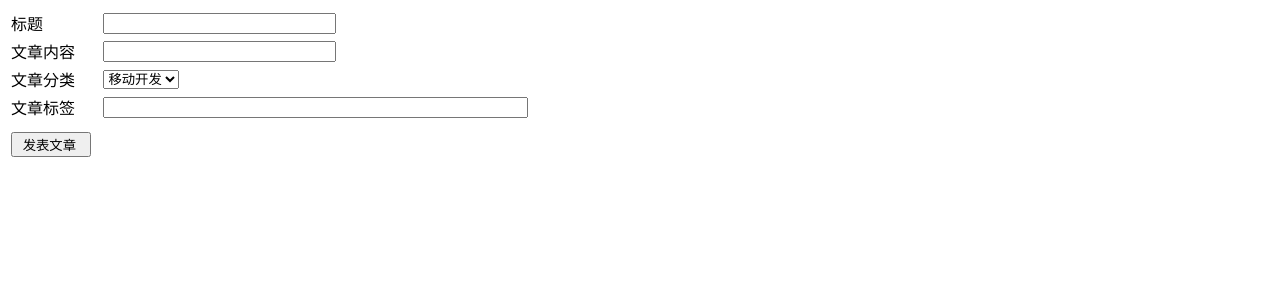
Repository: tangqingyun/java
Page: http://localhost/tamny_blog/postedit.jsp
These files come from the project's save history. The page is drawn as it stood at one moment and after the next save; the edit follows.
The browser window is 1280 px wide. The pictures show the whole page.
The page is served by Tomcat 9. Nobody is signed in. The application's start-up code is not run. Other server files are loaded and not shown.

Above is the page before, as saved 2015-01-21 09:51:47.

### tamny_blog/WebContent/postedit.jsp
<%@ page language="java" import="java.util.*" pageEncoding="UTF-8"%>

<!DOCTYPE html PUBLIC "-//W3C//DTD HTML 4.01 Transitional//EN" "http://www.w3.org/TR/html4/loose.dtd">
<html>
<head>
<meta http-equiv="Content-Type" content="text/html; charset=UTF-8">
<title>Insert title here</title>
</head>
<body>

 <form action="${pageContext.request.contextPath}/blogs/pubblog"
		method="post">
		<table id="table_01">
			<tr>
				<td>标题</td>
				<td><input type="text" name="user.username" size="26" /></td>
			</tr>
			<tr>
				<td>文章内容</td>
				<td><input type="text" name="user.nickname" size="26" /></td>
			</tr>
			<tr>
				<td>文章分类</td>
				<td><select name="user.sex">
						<option value="1">移动开发</option>
						<option value="2">Web前端</option>
						<option value="3">架构设计</option>
						<option value="4">编程语言</option>
						<option value="5">互联网</option>
						<option value="6">数据库</option>
						<option value="7">系统运维</option>
						<option value="8">云计算</option>
						<option value="9">研发管理</option>
						<option value="10">综合</option>
				</select></td>
			</tr>

			<tr>
				<td>文章标签</td>
				<td><input type="text" name="user.nickname" size="50" /></td>
			</tr>

			<tr>
				<td style="padding-top: 10px;"><input type="submit"
					name="submit" value=" 发表文章  " />&nbsp;&nbsp;</td>
			</tr>
		</table>
	</form>

</body>
</html>

After the next save:
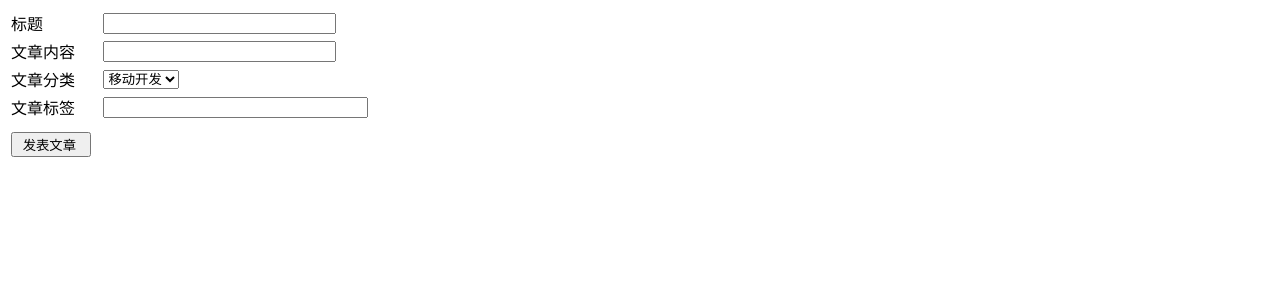
Saved 6 s later.
--- a/tamny_blog/WebContent/postedit.jsp
+++ b/tamny_blog/WebContent/postedit.jsp
@@ -37,7 +37,7 @@
 
 			<tr>
 				<td>文章标签</td>
-				<td><input type="text" name="user.nickname" size="50" /></td>
+				<td><input type="text" name="user.nickname" size="30" /></td>
 			</tr>
 
 			<tr>
